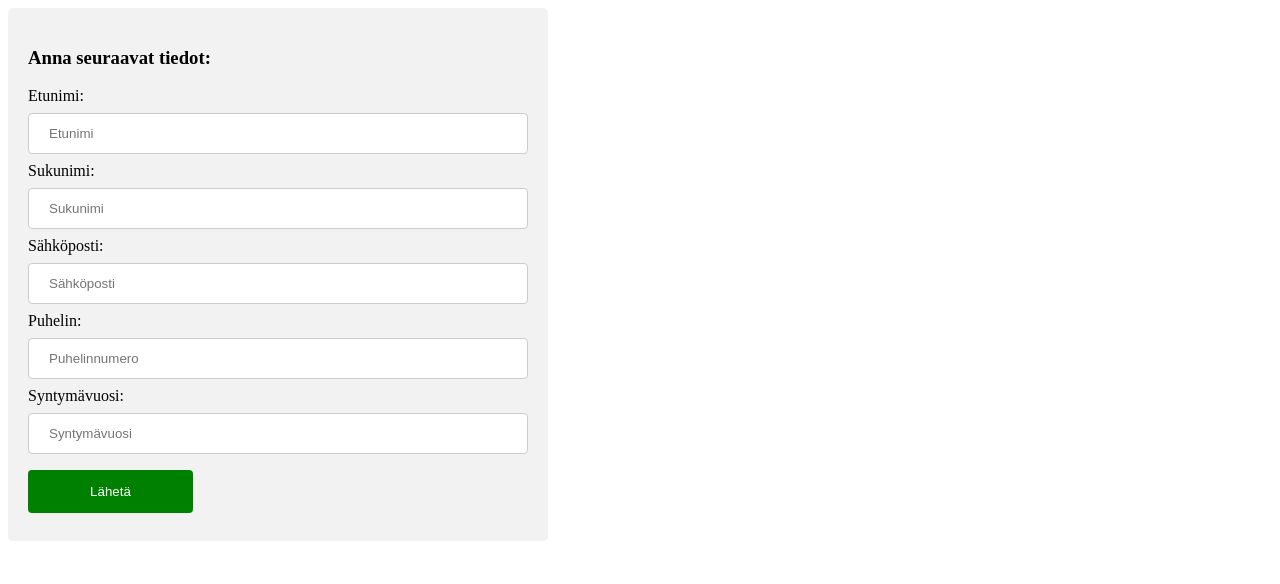
Repository: er-12/tehtava6
Page: http://localhost/t3/kysy.jsp
The author's editor kept a copy of each file at every save. The page is drawn from the files as they stood at one save, then again after the next save.
The browser window is 1280 px wide. The pictures show the whole page.
The page is served by Tomcat 9.

Above is the page before, as saved 2021-04-17 11:20:24.

### t3/WebContent/kysy.jsp
<%@ page language="java" contentType="text/html; charset=UTF-8"
    pageEncoding="UTF-8"%>
<!DOCTYPE html>
<html>
<style>
input[type=text] {
  width: 100%;
  padding: 12px 20px;
  margin: 8px 0;
  display: inline-block;
  border: 1px solid #ccc;
  border-radius: 4px;
  box-sizing: border-box;
}

input[type=submit] {
  width: 33%;
  text-align: center;
  background-color: green;
  color: white;
  padding: 14px 20px;
  margin: 8px 0;
  border: none;
  border-radius: 4px;
}
div {
  border-radius: 5px;
  background-color: #f2f2f2;
  padding: 20px;
  width: 500px;
  font-family: ;
}
</style>
<head>
<meta charset="UTF-8">
<title>Insert title here</title>
</head>
<body>
<div>
<h3>Anna seuraavat tiedot:</h3>
<form action="nayta.jsp" method="POST">
	<label for="etunimi">Etunimi:</label><br>
	<input type="text" name="etunimi" placeholder= "Etunimi"><br>
	<label for="fname">Sukunimi:</label><br>
	<input type="text" name="sukunimi" placeholder= "Sukunimi"><br>
	<label for="fname">Sähköposti:</label><br>
	<input type="text" name="sposti" placeholder= "Sähköposti"><br>
	<label for="fname">Puhelin:</label><br>
	<input type="text" name="puhelin" placeholder= "Puhelinnumero"><br>
	<label for="fname">Syntymävuosi:</label><br>
	<input type="text" name="vuosi" placeholder= "Syntymävuosi"><br>
	<input type="submit" value="Lähetä">
</form>
</div>
</body>
</html>
<!-- 2)	Tee sivulle kysy.jsp lomake, jossa pyydät käyttäjltä seuraavat tiedot:
a.	Etunimi
b.	Sukunimi
c.	Sähköposti
d.	Puhelin
e.	Syntymävuosi
 -->

After the next save:
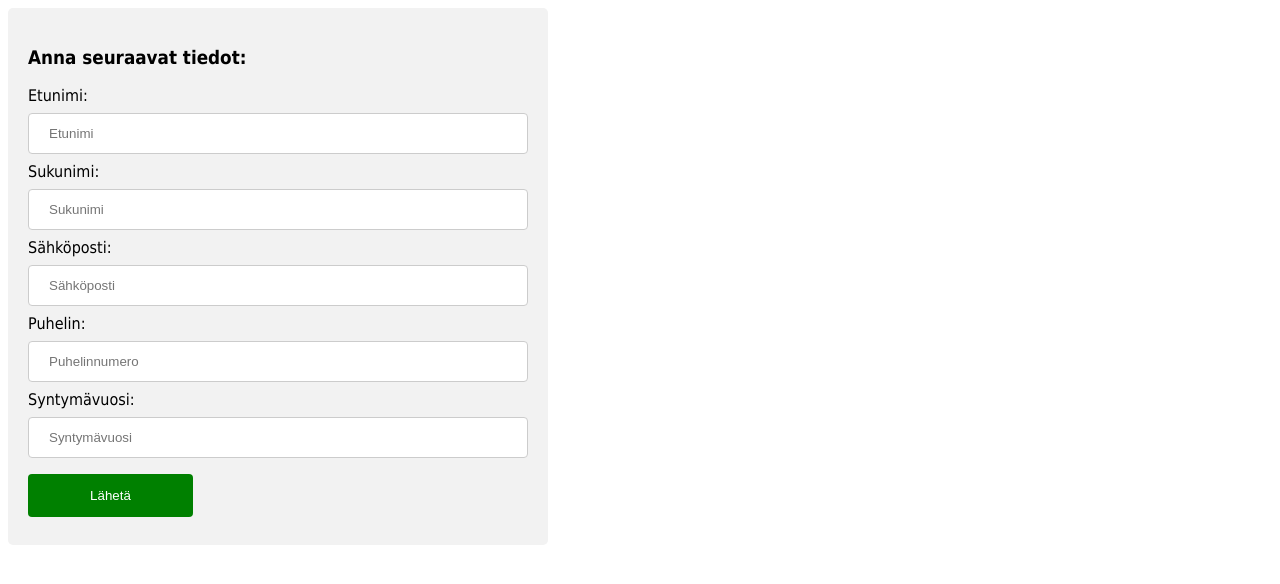
Saved 64 s later.
--- a/t3/WebContent/kysy.jsp
+++ b/t3/WebContent/kysy.jsp
@@ -28,7 +28,7 @@ div {
   background-color: #f2f2f2;
   padding: 20px;
   width: 500px;
-  font-family: ;
+  font-family: Tahoma;
 }
 </style>
 <head>
